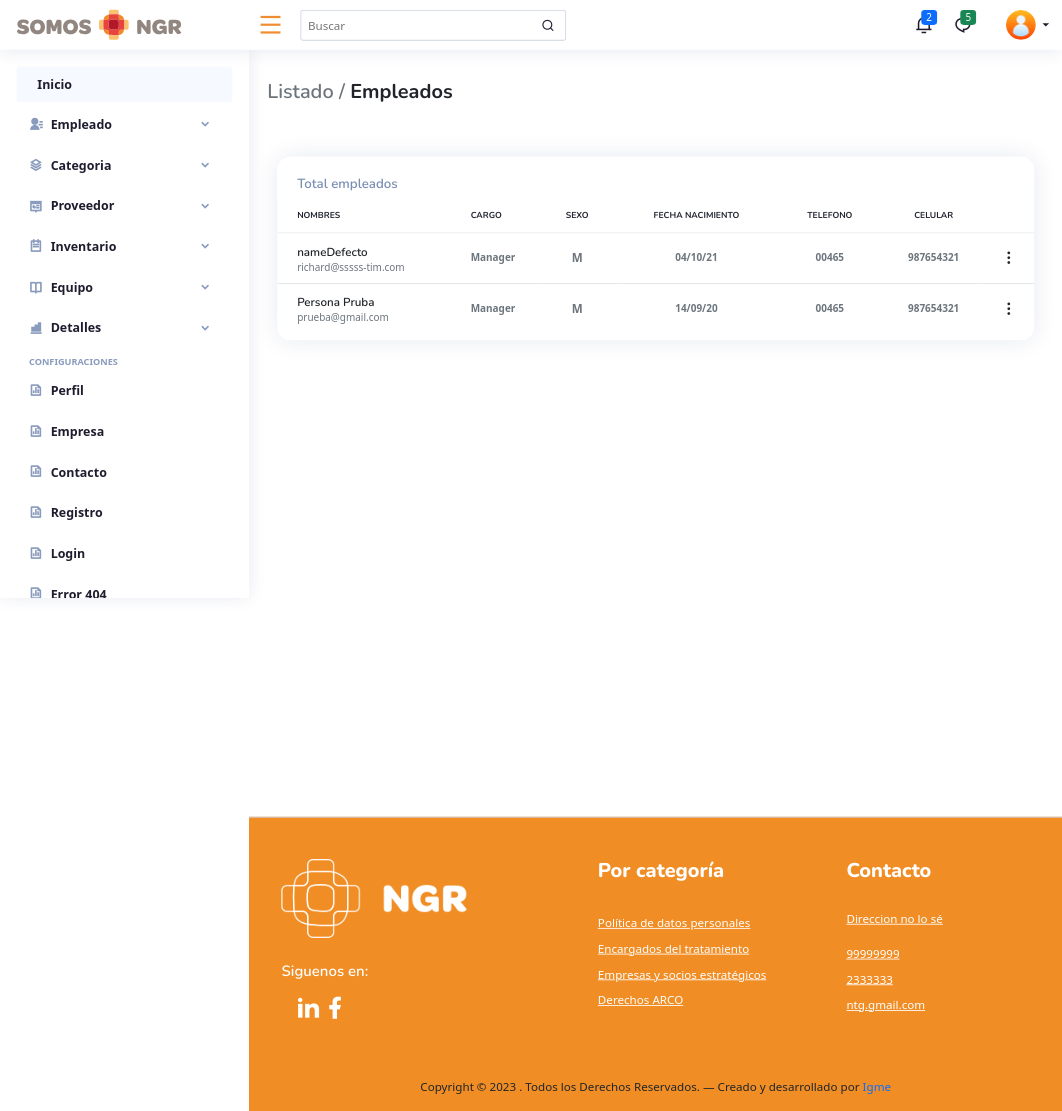
Repository: igmeMarcial/ProyectoLP-2023
Page: http://localhost/proyectoLP_2023/ListadoEmpleados.jsp
These files come from the project's save history. The page is drawn as it stood at one moment and after the next save; the edit follows.
The browser window is 1280 px wide. The pictures show the whole page, at 83% of full size.
Some web fonts or font styles are not loaded; a fallback is used. The page is served by Tomcat 9. The template is opened directly, without the code that normally fills it, so the values that code supplies are empty.

Above is the page before, as saved 2023-03-28 04:40:54.

After the next save:
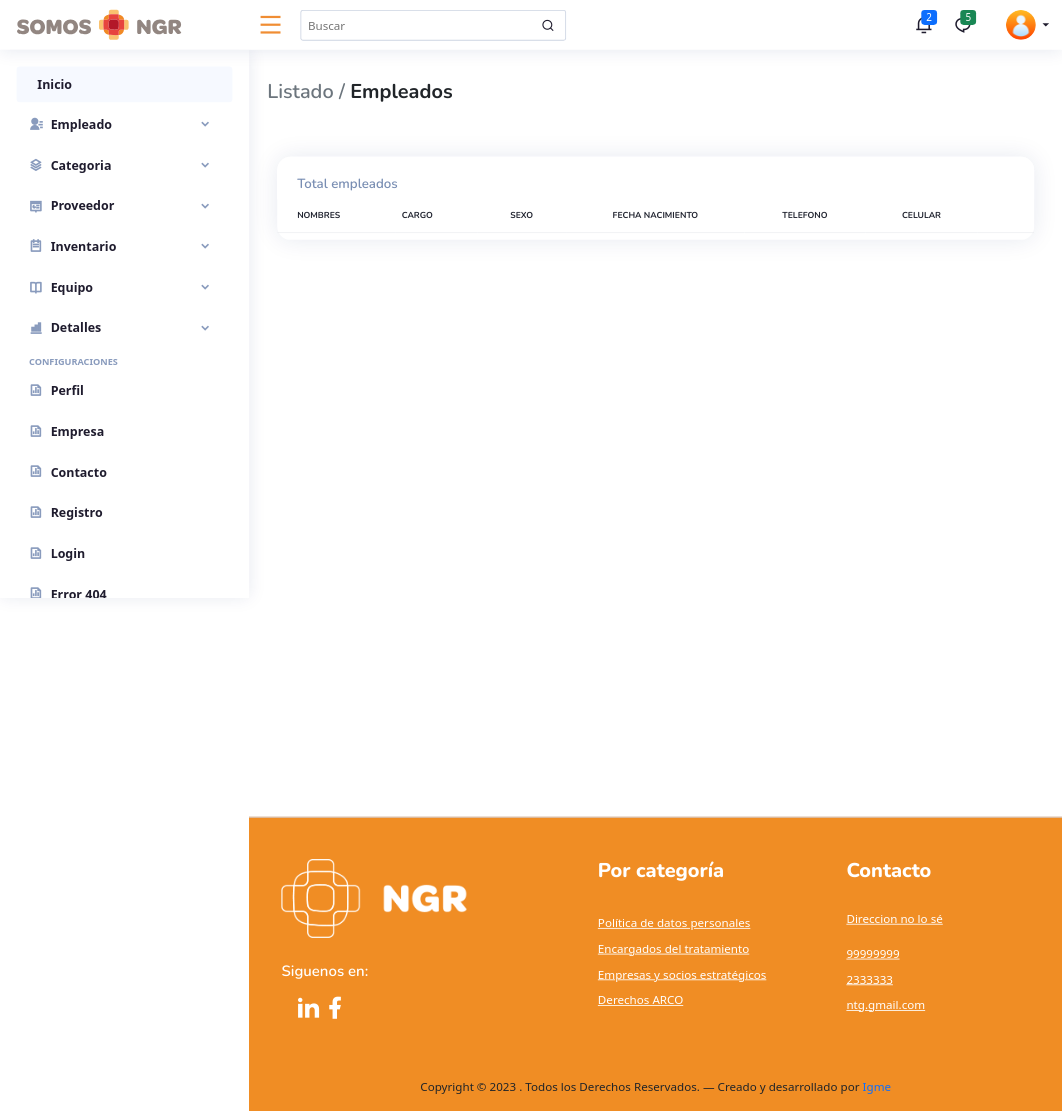
Saved 3 min 46 s later.
--- a/proyectoLP_2023/WebContent/ListadoEmpleados.jsp
+++ b/proyectoLP_2023/WebContent/ListadoEmpleados.jsp
@@ -359,82 +359,7 @@
 												</td>
 											</tr>
 											 </c:forEach>
-											 <tr>
-												<td>
-													<div class="d-flex px-3 py-1">
-														<div class="d-flex flex-column justify-content-center">
-															<h6 class="mb-0 text-sm">nameDefecto</h6>
-															<p class="text-xs text-secondary mb-0">richard@sssss-tim.com</p>
-														</div>
-													</div>
-												</td>
-												<td class="align-middle text-center">
-													<div class="text-start">
-														<p class="text-xs text-secondary font-weight-bold mb-0">Manager</p>
-													</div>
-												</td>
-												<td class="align-middle text-center text-sm">
-													<span class="text-secondary sex-empleado font-weight-bold">M</span>
-												</td>
-												<td class="align-middle text-center">
-													<span class="text-secondary text-xs font-weight-bold">04/10/21</span>
-												</td>
-												<td class="align-middle text-center">
-													<span class="text-secondary text-xs font-weight-bold">00465</span>
-												</td>
-												<td class="align-middle text-center">
-													<span class="text-secondary text-xs font-weight-bold">987654321</span>
-												</td>
-												<td class="align-middle text-center">
-													<div class="dropdown">
-														<button type="button" class="btn p-0 hide-arrow btn-editList" data-bs-toggle="dropdown" aria-expanded="false">
-															<i class="ri-more-2-fill"></i>
-														</button>
-														<div class="dropdown-menu menu-dropdown-b" style="">
-															<a class="dropdown-item" href="#"><i class="ri-edit-line"></i> Edit</a>
-															<a class="dropdown-item" href="#"><i class="ri-delete-bin-line"></i> Delete</a>
-														</div>
-													</div>
-												</td>
-											</tr>
-											<tr>
-												<td>
-													<div class="d-flex px-3 py-1">
-														<div class="d-flex flex-column justify-content-center">
-															<h6 class="mb-0 text-sm">Persona Pruba</h6>
-															<p class="text-xs text-secondary mb-0">prueba@gmail.com</p>
-														</div>
-													</div>
-												</td>
-												<td class="align-middle text-center">
-													<div class="text-start">
-														<p class="text-xs text-secondary font-weight-bold mb-0">Manager</p>
-													</div>
-												</td>
-												<td class="align-middle text-center text-sm">
-													<span class="text-secondary sex-empleado font-weight-bold">M</span>
-												</td>
-												<td class="align-middle text-center">
-													<span class="text-secondary text-xs font-weight-bold">14/09/20</span>
-												</td>
-												<td class="align-middle text-center">
-													<span class="text-secondary text-xs font-weight-bold">00465</span>
-												</td>
-												<td class="align-middle text-center">
-													<span class="text-secondary text-xs font-weight-bold">987654321</span>
-												</td>
-												<td class="align-middle text-center">
-													<div class="dropdown">
-														<button type="button" class="btn p-0 hide-arrow btn-editList" data-bs-toggle="dropdown" aria-expanded="false">
-															<i class="ri-more-2-fill"></i>
-														</button>
-														<div class="dropdown-menu menu-dropdown-b" style="">
-															<a class="dropdown-item" href="#"><i class="ri-edit-line"></i> Editar</a>
-															<a class="dropdown-item" href="#"><i class="ri-delete-bin-line"></i> Eliminar</a>
-														</div>
-													</div>
-												</td>
-											</tr>
+
 										</tbody>
 									</table>
 								</div>
